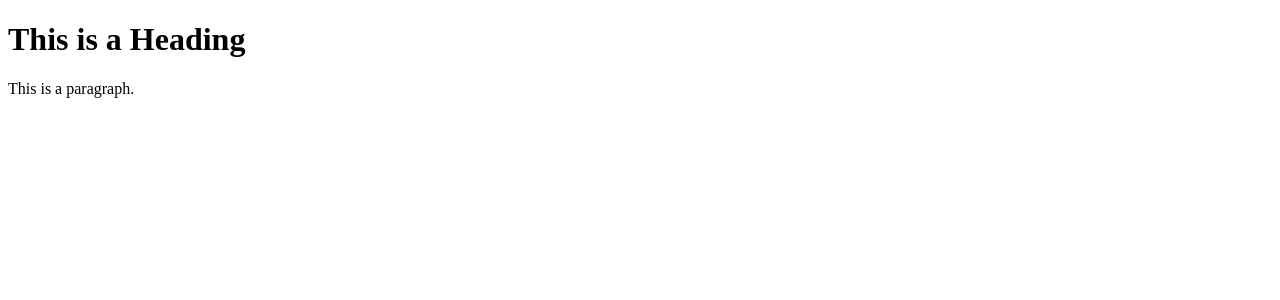
Repository: svuong2659/svuong2659.github.io
Page: my_website/aboutme.html
The author's editor kept a record of every edit. The page is drawn from the files as they stood at one moment, then again after the next edit.
The browser window is 1280 px wide. The pictures show the whole page.

Above is the page before.

After the next edit:
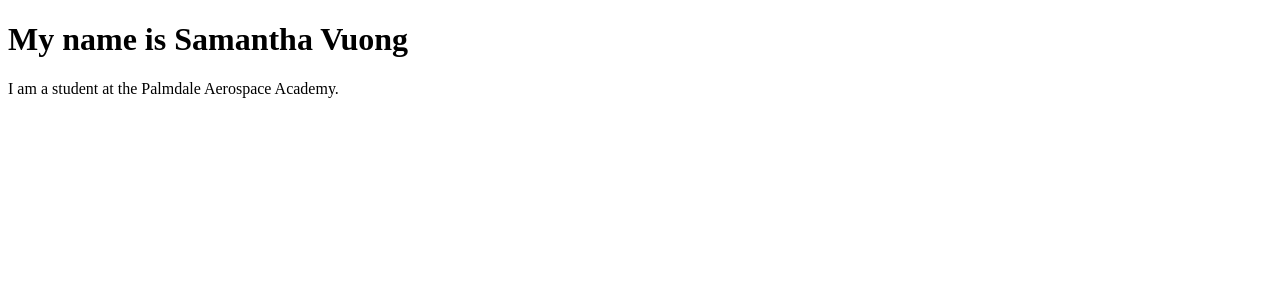
The edit:
--- a/my_website/aboutme.html
+++ b/my_website/aboutme.html
@@ -5,8 +5,8 @@
 </head>
 <body>
 
-<h1>This is a Heading</h1>
-<p>This is a paragraph.</p>
+<h1>My name is Samantha Vuong</h1>
+<p>I am a student at the Palmdale Aerospace Academy.</p>
 
 </body>
 </html>
